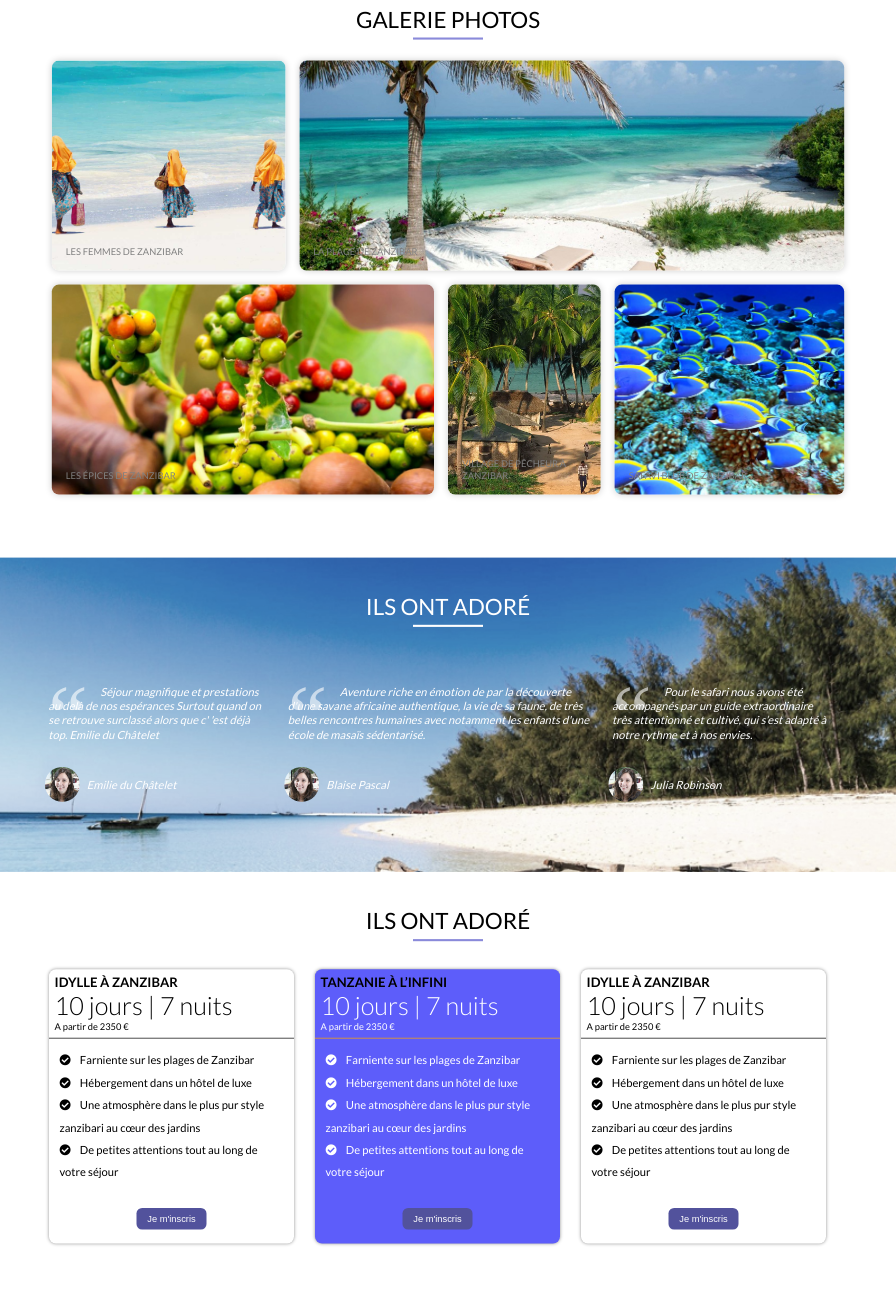
Repository: ypiard85/zanzibar
Page: index.html
These files come from the project's save history. The page is drawn as it stood at one moment and after the next save; the edit follows.
The browser window is 1280 px wide. The pictures show the part of the page from y = 2592 to 4512 px (the page is 4468 px tall before and 4512 px after), at 70% of full size.
Some web fonts or font styles are not loaded; a fallback is used.

Above is the page before, as saved 2021-03-01 14:26:48.

After the next save:
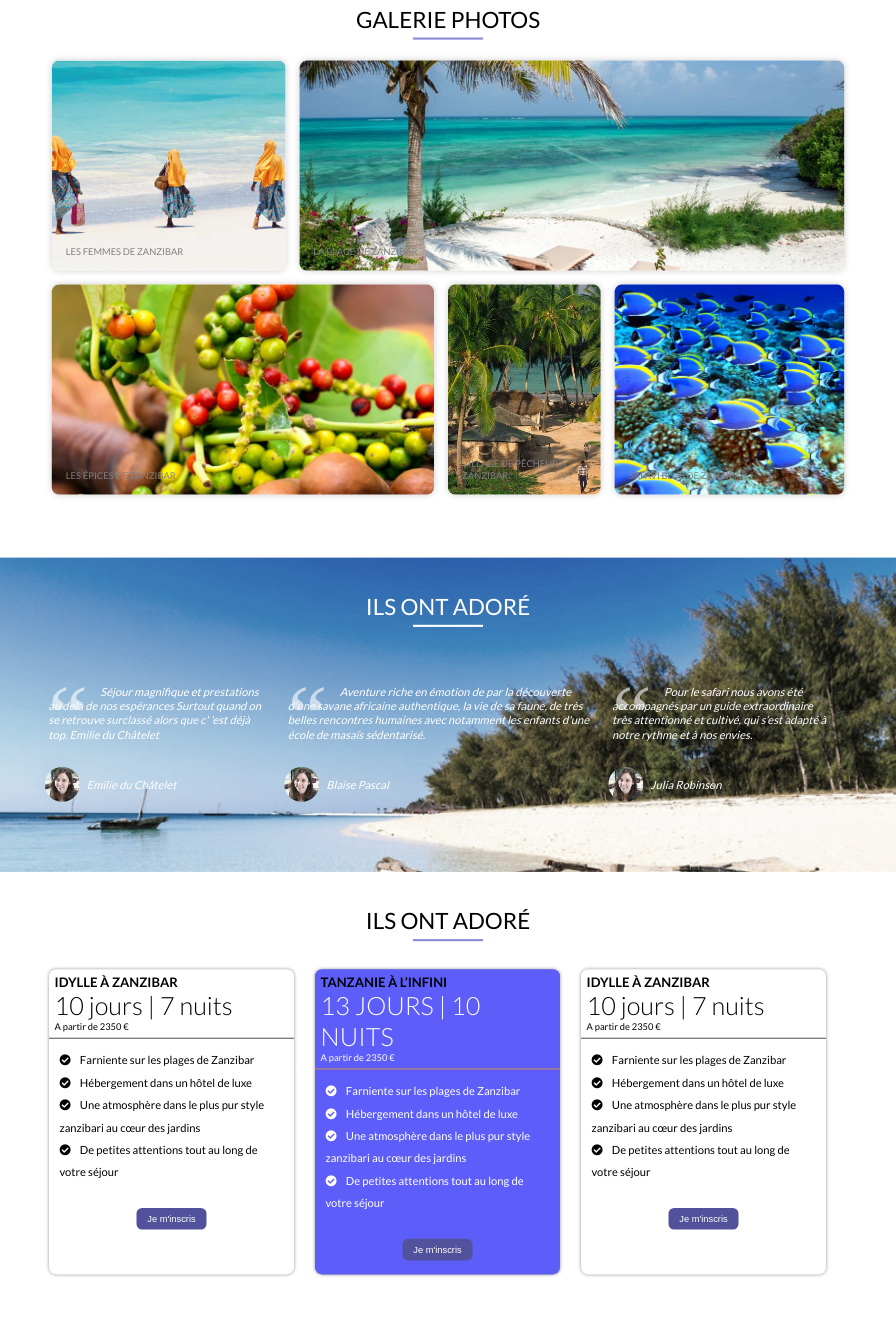
Saved 11 s later.
--- a/index.html
+++ b/index.html
@@ -226,7 +226,7 @@
                     <div class="card_option bg_blue">
                       <div class="card_header">
                         <h3>TANZANIE À L’INFINI</h3>
-                        <h1>10 jours <span>|</span> 7 nuits</h1>
+                        <h1>13 JOURS | 10 NUITS</h1>
                         <p>A partir de 2350 €</p>
                       </div>
                       <div class="card_content">
